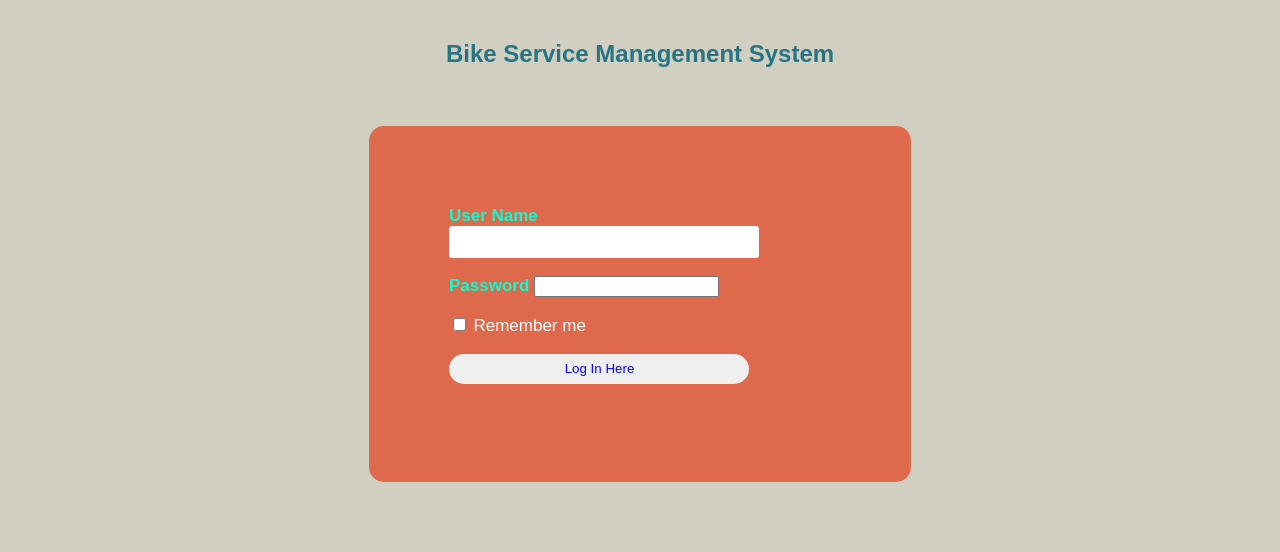
Repository: rohanbhavare1234/BikeServiceWorkspace
Page: eclipse-workspace/jspdemo/WebContent/student-form.html
An editor plug-in stored every save of this project. The page is shown before and after the next save, followed by the edit.
The browser window is 1280 px wide. The pictures show the whole page.

Above is the page before, as saved 2023-04-11 18:02:43.

### eclipse-workspace/jspdemo/WebContent/student-form.html
<!-- <html>
<head><title> Student Registration Form</title></head>
<body>
<form action="student-response.jsp">

	First name: <input type="text" name="firstName"/>

	<br/><br/>

	Last name: <input type="text" name="lastName"/>

	<br/><br/>

	<input type="submit" value="Submit"/>

</form>
</body>
</html> -->

<!DOCTYPE html>
<html>
<head>
    <title>Bike Service Management System</title>
    <link rel="stylesheet" type="text/css" href="Style.css">
</head>
<body>
    <h2>Bike Service Management System</h2><br>
    <div class="login">
    <form action="student-response.jsp">
        <label><b>User Name
        </b>
        </label>
        <input type="text" name="Uname" id="Uname"/>
        <br><br>
        <label><b>Password
        </b>
        </label>
        <input type="Password" name="Pass" id="Pass"/> <br><br>
        <input type="checkbox" id="check"/>
        <span>Remember me</span>
        <br><br>
        <input type="button" name="log" id="log" value="Log In Here">
        <br><br>


    </form>
</div>
</body>
</html>

### eclipse-workspace/jspdemo/WebContent/Style.css
@charset "ISO-8859-1";

body
{
    margin: 0;
    padding: 0;
    background-color:#D1CEC2;
    font-family: 'Arial';
}
.login{
        width: 382px;
        overflow: hidden;
        margin: auto;
        margin: 20 0 0 450px;
        padding: 80px;
        background:#DE694C;
        border-radius: 15px ;

}
h2{
    text-align: center;
    color: #277582;
    padding: 20px;
}
label{
    color: #08ffd1;
    font-size: 17px;
}
#Uname{
    width: 300px;
    height: 30px;
    border: none;
    border-radius: 3px;
    padding-left: 8px;
}
# {
    width: 300px;
    height: 30px;
    border: none;
    border-radius: 3px;
    padding-left: 8px;

}
#log{
    width: 300px;
    height: 30px;
    border: none;
    border-radius: 17px;
    padding-left: 7px;
    color: blue;


}
span{
    color: white;
    font-size: 17px;
}
a{
    float: right;
    background-color: grey;
}

After the next save:
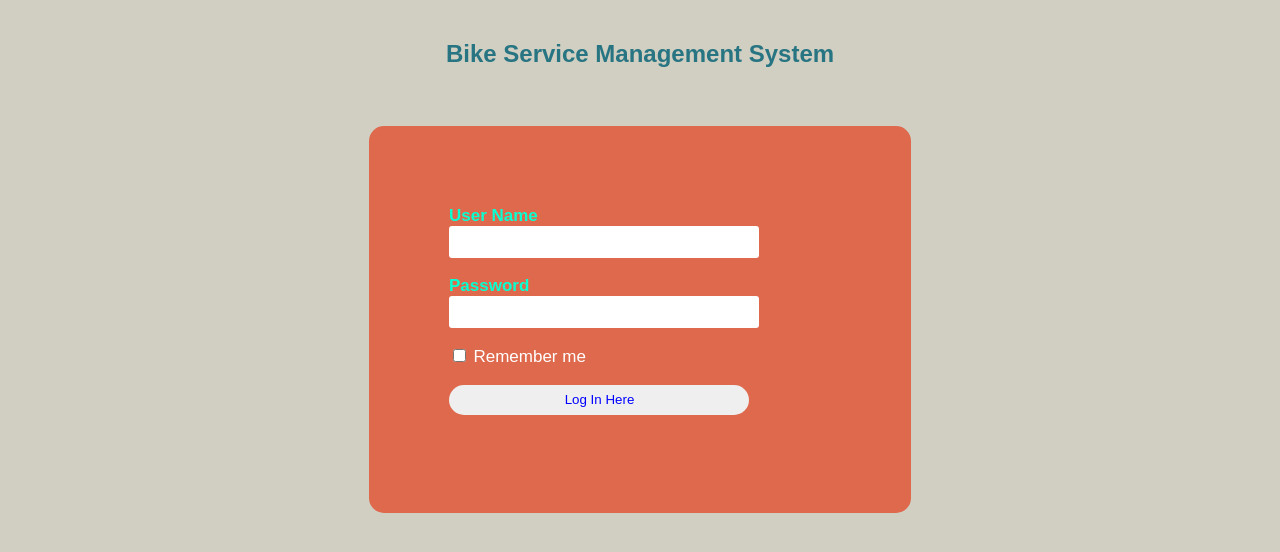
Saved 41 s later.
--- a/eclipse-workspace/jspdemo/WebContent/Style.css
+++ b/eclipse-workspace/jspdemo/WebContent/Style.css
@@ -33,7 +33,7 @@ label{
     border-radius: 3px;
     padding-left: 8px;
 }
-# {
+#Pass {
     width: 300px;
     height: 30px;
     border: none;
